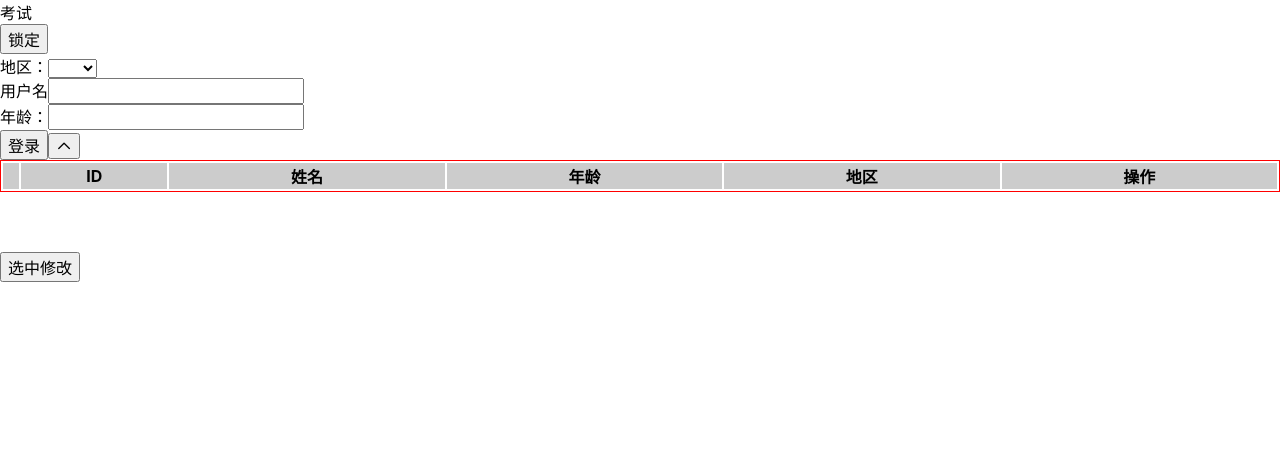
Repository: Sjl-2114/2006z
Page: / (app in A卷/vue-kaoshi/)
An editor plug-in stored every save of this project. The page is shown before and after the next save, followed by the edit.
The browser window is 1280 px wide. The pictures show the whole page.
The project was rebuilt for these pictures with package versions that can differ from the ones it lists, and the page was loaded fresh each time.

Above is the page before, as saved 2021-04-28 17:16:16.

After the next save:
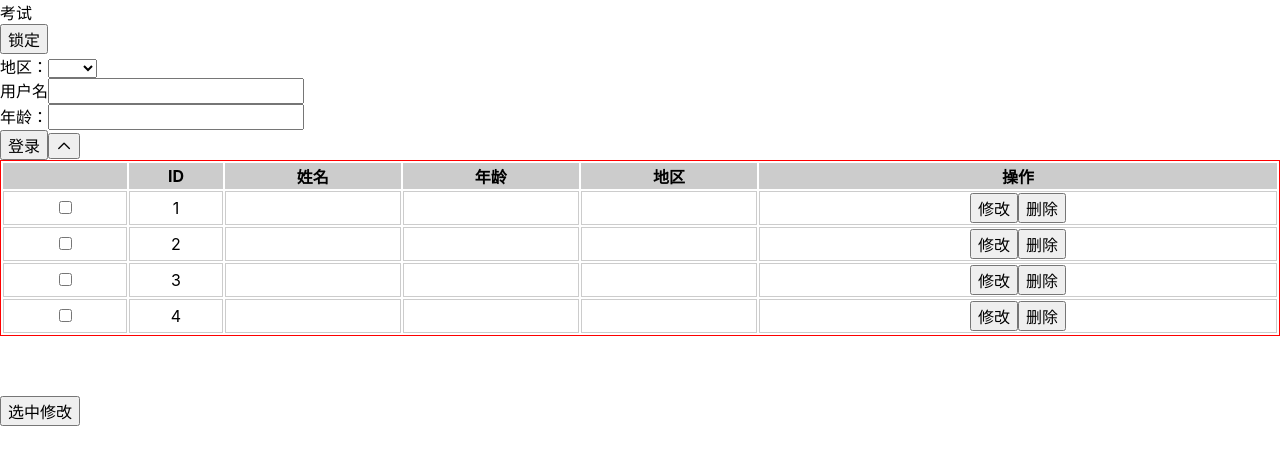
Saved 7 s later.
--- a/A卷/vue-kaoshi/src/App.vue
+++ b/A卷/vue-kaoshi/src/App.vue
@@ -41,7 +41,7 @@
         </tr>
       </thead>
       <tbody>
-        <tr v-for="(item, index) in goods" :key="index">
+        <tr v-for="(item, index) in list" :key="index">
           <td>
             <input
               type="checkbox"
